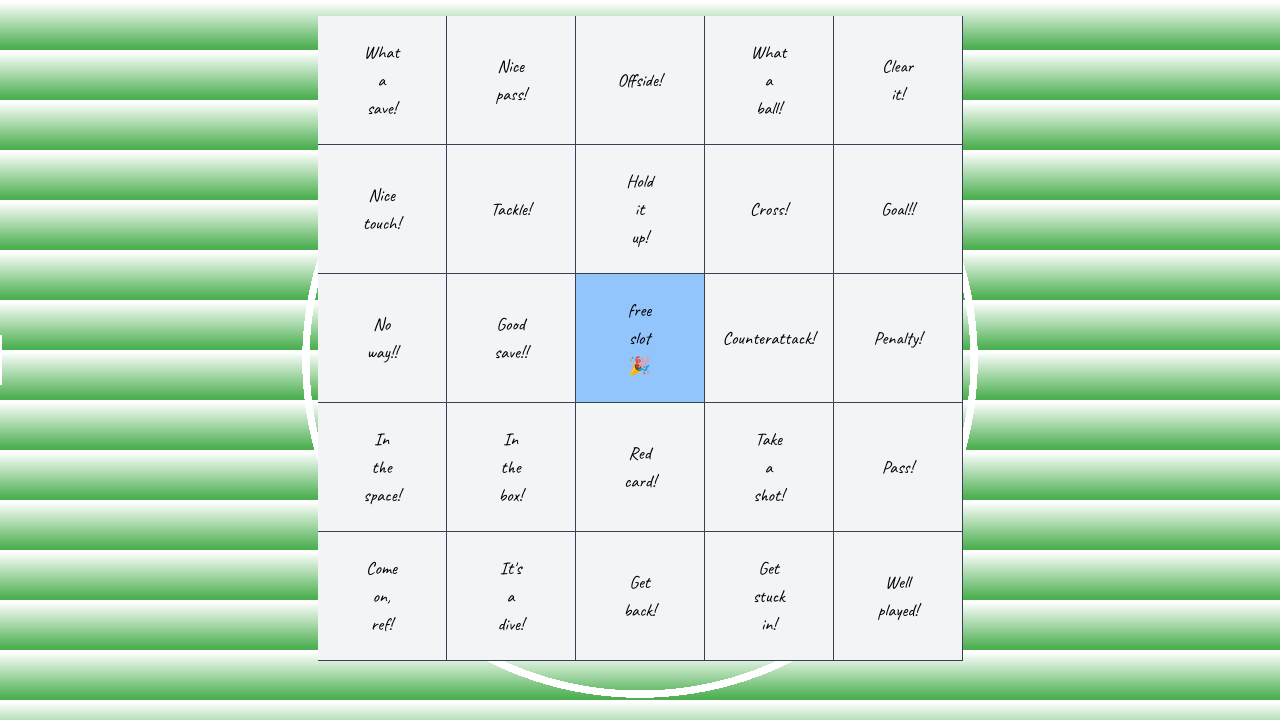
Repository: yassirbn/football-bingo
Page: /
The author's editor kept a copy of each file at every save. The page is drawn from the files as they stood at one save, then again after the next save.
The browser window is 1280 px wide. The pictures show the whole page.
The project was rebuilt for these pictures with package versions that can differ from the ones it lists, and the page was loaded fresh each time.

Above is the page before, as saved 2024-11-27 13:13:14.

### src/index.css

@import url('https://fonts.googleapis.com/css2?family=Caveat:wght@400;700&display=swap');

@tailwind base;
@tailwind components;
@tailwind utilities;


body {
  margin: 0;
  padding: 0;
  height: 100vh;
  background: #4CAF50; /* Grass green base */
  background-image:
    /* Center line */
    linear-gradient(90deg, white 2px, transparent 2px),
    /* Horizontal lines */
    linear-gradient(to bottom, white 2px, transparent 48px),

    /* Center circle */
    radial-gradient(circle, transparent 45%, white 45%, white 46%, transparent 46%);
  background-size: 100% 50px, 100% 50px, 100% 100%, 100% 100%;
  background-repeat: no-repeat, repeat-y, no-repeat, no-repeat;
  background-position: center center, 0 0, 0 0, center center;
}

### src/App.js
import React from "react";
import BingoGrid from "./component/BingoGrid/BingoGrid";


const App = () => {
  const words  = [
    "What a save!",
    "Offside!",
    "Penalty!",
    "Pass!",
    "It's a dive!",
    "Red card!",
    "Goal!!",
    "Foul!",
    "Clear it!",
    "Nice touch!",
    "Tackle!",
    "Cross!",
    "Counterattack!",
    "Come on, ref!",
    "In the box!",
    "No way!!",
    "Good save!!",
    "What a ball!",
    "Hold it up!",
    "Get stuck in!",
    "Get back!",
    "Nice pass!",
    "In the space!",
    "Well played!",
    "Take a shot!",
  ];


  return (
    <div className="min-h-screen flex items-center justify-center">
      <BingoGrid words={words} />
    </div>
  );
};

export default App;

### src/component/BingoGrid/BingoGrid.js
import React, { useState } from "react";

const BingoGrid = ({ words }) => {
  const gridSize = 5; // 5x5 grid
  const totalCells = gridSize * gridSize;

  // Shuffle words only once and store in state
  const initializeGrid = () => {
    const shuffledWords = [...words].sort(() => 0.5 - Math.random()).slice(0, totalCells);

    // Fill with placeholders if not enough words
    while (shuffledWords.length < totalCells) {
      shuffledWords.push("placeholder");
    }

    // Replace the center cell with "FREE SPACE"
    const centerIndex = Math.floor(totalCells / 2);
    shuffledWords[centerIndex] = "free slot 🎉";

    return shuffledWords;
  };

  const [gridWords] = useState(initializeGrid);
  const [selectedCells, setSelectedCells] = useState(
    Array(totalCells).fill(false).map((_, i) => i === Math.floor(totalCells / 2)) // Center (FREE SPACE) is pre-selected
  );
  const [bingo, setBingo] = useState(false);

  // Handle cell click
  const handleCellClick = (index) => {
    if (gridWords[index] === "free slot 🎉" || selectedCells[index]) return; // Ignore clicks on FREE SPACE or already selected cells

    const updatedSelection = [...selectedCells];
    updatedSelection[index] = true;
    setSelectedCells(updatedSelection);

    // Check for Bingo
    checkForBingo(updatedSelection);
  };

  // Check for Bingo
  const checkForBingo = (selected) => {
    const checkLine = (line) => line.every((index) => selected[index]);

    // Generate all rows, columns, and diagonals
    const rows = Array.from({ length: gridSize }, (_, i) =>
      Array.from({ length: gridSize }, (_, j) => i * gridSize + j)
    );
    const cols = Array.from({ length: gridSize }, (_, i) =>
      Array.from({ length: gridSize }, (_, j) => j * gridSize + i)
    );
    const diagonal1 = Array.from({ length: gridSize }, (_, i) => i * gridSize + i);
    const diagonal2 = Array.from({ length: gridSize }, (_, i) => (i + 1) * gridSize - (i + 1));

    const lines = [...rows, ...cols, diagonal1, diagonal2];

    if (lines.some(checkLine)) {
      setBingo(true); // Set Bingo to true to trigger animations
    }
  };

  return (
    <div className="p-4 relative h-screen overflow-hidden">
      {/* Fireworks Animation */}
      {bingo && (
        <div className="absolute inset-0 z-20 flex justify-center items-center pointer-events-none">
          {/* Firework Particles */}
          {Array.from({ length: 300 }).map((_, idx) => (
            <div
              key={idx}
              className="fireworks-particle w-4 h-4 rounded-full absolute animate-fireworks"
              style={{
                "--x": `${Math.random() * 120 - 60}vw`, // Expanded X direction
                "--y": `${Math.random() * 120 - 60}vh`, // Expanded Y direction
                "--size": `${Math.random() * 10 + 5}px`, // Random size (larger particles)
                "--duration": `${Math.random() * 2 + 1.5}s`, // Increased duration for longer explosion
                "--delay": `${Math.random() * 0.5}s`, // Random delay
                backgroundColor: `hsl(${Math.random() * 360}, 100%, 50%)`, // Random color (HSL)
                transform: `rotate(${Math.random() * 360}deg)` // Random rotation for more chaos
              }}
            ></div>
          ))}
        </div>
      )}

      {/* Bingo Text Animation */}
      {bingo && (
        <div className="absolute inset-0 flex items-center justify-center z-10 animate-bingo-fade">
          <h2 className="text-7xl sm:text-8xl md:text-9xl lg:text-10xl font-extrabold text-red-600 animate-bingo-shake">
            BINGO!
          </h2>
        </div>
      )}

      {/* Bingo Grid */}
      <div
        className="grid"
        style={{
          gridTemplateColumns: `repeat(${gridSize}, 1fr)`,
        }}
      >
        {gridWords.map((word, index) => (
          <div
            key={index}
            className={`flex items-center justify-center border-b border-r border-gray-700 text-center font-medium aspect-square
              ${selectedCells[index] ? "bg-blue-300 text-white" : "bg-gray-100 hover:bg-blue-200 cursor-pointer"}
              ${word === "FREE SPACE" ? "cursor-default" : ""}`}
            onClick={() => handleCellClick(index)}
          >
            <div
              className={`${
                selectedCells[index] ? "bg-blue-300 text-white" : "bg-transparent"
              } flex items-center justify-center py-3 px-6 sm:py-4 sm:px-8 md:py-6 md:px-12 lg:py-8 lg:px-16`}
              style={{
                width: "50px", // Adjusted for mobile/tablet responsiveness
                height: "50px", // Adjusted for mobile/tablet responsiveness
                minWidth: "50px", // Ensures the circle doesn't shrink smaller than this
              }}
            >
              <span
                className="text-xs sm:text-sm md:text-base lg:text-lg font-medium text-black font-handwritten"
              >
                {word}
              </span>
            </div>
          </div>
        ))}
      </div>
    </div>
  );
};

export default BingoGrid;

### tailwind.config.js
/** @type {import('tailwindcss').Config} */
module.exports = {
  content: ['./src/**/*.{js,jsx,ts,tsx}'],
  theme: {
    extend: {
      fontFamily: {
        handwritten: ["'Caveat'", "cursive"],
      },
      animation: {
        fireworks: "fireworks 1.5s ease-out forwards",
        "bingo-fade": "bingo-fade 2s ease-out forwards",
        "bingo-shake": "bingo-shake 0.5s ease-in-out infinite",
      },
      keyframes: {
        fireworks: {
          "0%": {
            transform: "scale(0) translate(0, 0)",
            opacity: 1,
          },
          "50%": {
            transform: "scale(1) translate(var(--x), var(--y))",
            opacity: 1,
          },
          "100%": {
            transform: "scale(2) translate(var(--x), var(--y))",
            opacity: 0,
          },
        },
        "bingo-fade": {
          "0%": { opacity: 0 },
          "100%": { opacity: 1 },
        },
        "bingo-shake": {
          "0%": { transform: "rotate(0)" },
          "25%": { transform: "rotate(5deg)" },
          "50%": { transform: "rotate(0)" },
          "75%": { transform: "rotate(-5deg)" },
          "100%": { transform: "rotate(0)" },
        },
      },
    },
  },
  plugins: [],
}

Loaded but not shown: public/index.html (common file); src/index.js (common file); src/reportWebVitals.js (common file)

After the next save:
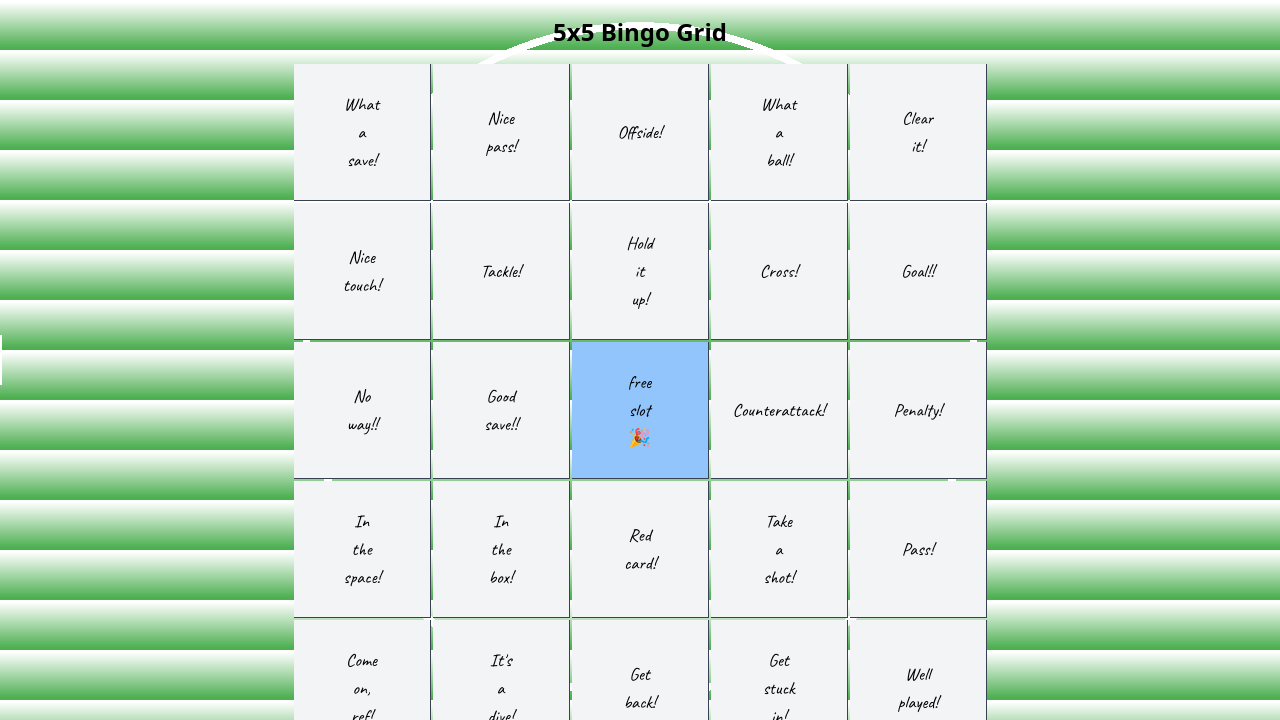
Saved 2 min 32 s later.
--- a/src/component/BingoGrid/BingoGrid.js
+++ b/src/component/BingoGrid/BingoGrid.js
@@ -93,8 +93,9 @@ const BingoGrid = ({ words }) => {
       )}
 
       {/* Bingo Grid */}
+      <h1 className="text-center text-2xl font-bold mb-4">5x5 Bingo Grid</h1>
       <div
-        className="grid"
+        className="grid gap-0.5"
         style={{
           gridTemplateColumns: `repeat(${gridSize}, 1fr)`,
         }}
@@ -102,7 +103,7 @@ const BingoGrid = ({ words }) => {
         {gridWords.map((word, index) => (
           <div
             key={index}
-            className={`flex items-center justify-center border-b border-r border-gray-700 text-center font-medium aspect-square
+            className={`flex items-center justify-center border-b border-r border-gray-700 text-center font-medium aspect-square p-1
               ${selectedCells[index] ? "bg-blue-300 text-white" : "bg-gray-100 hover:bg-blue-200 cursor-pointer"}
               ${word === "FREE SPACE" ? "cursor-default" : ""}`}
             onClick={() => handleCellClick(index)}
